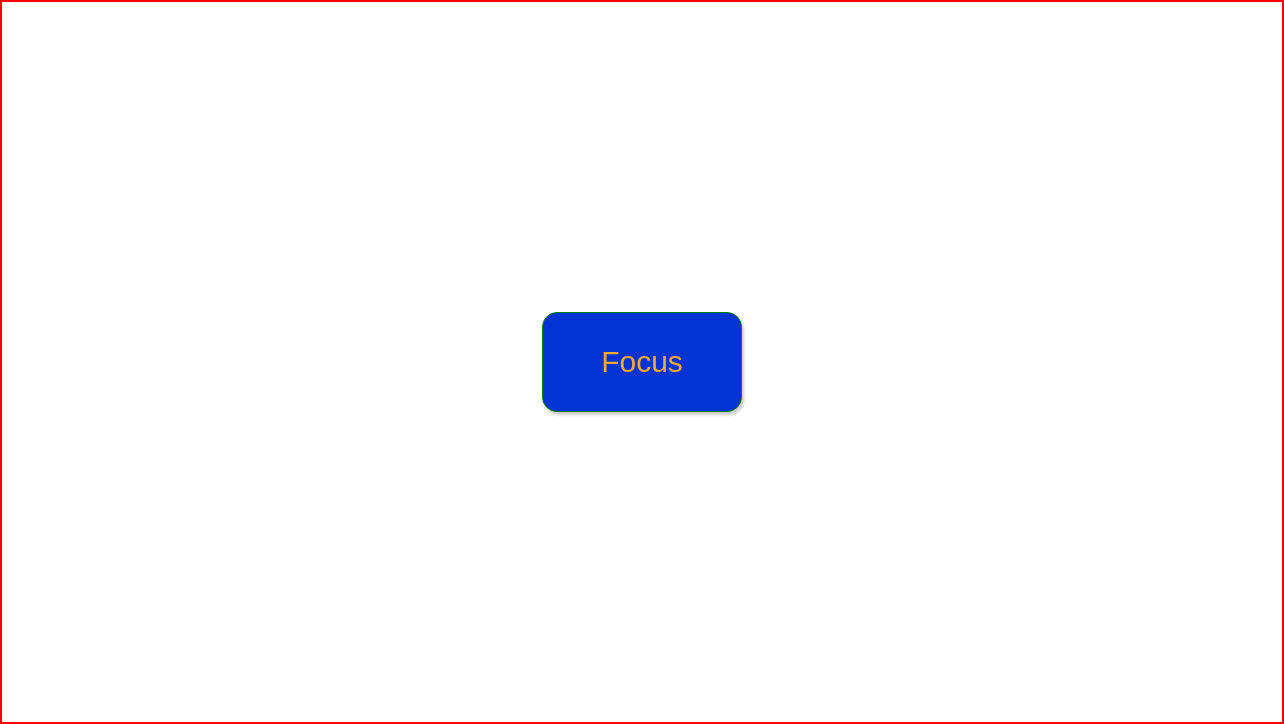
Repository: KrzysKolo/sr_tydzien4_zad5
Page: /
These files come from the project's save history. The page is drawn as it stood at one moment and after the next save; the edit follows.
The browser window is 1280 px wide. The page is 1284 px wide, so the pictures cover 1284 px, including what lies to the right of the window. The pictures show the whole page.
The project was rebuilt for these pictures with package versions that can differ from the ones it lists, and the page was loaded fresh each time.

Above is the page before, as saved 2020-12-17 14:10:00.

After the next save:
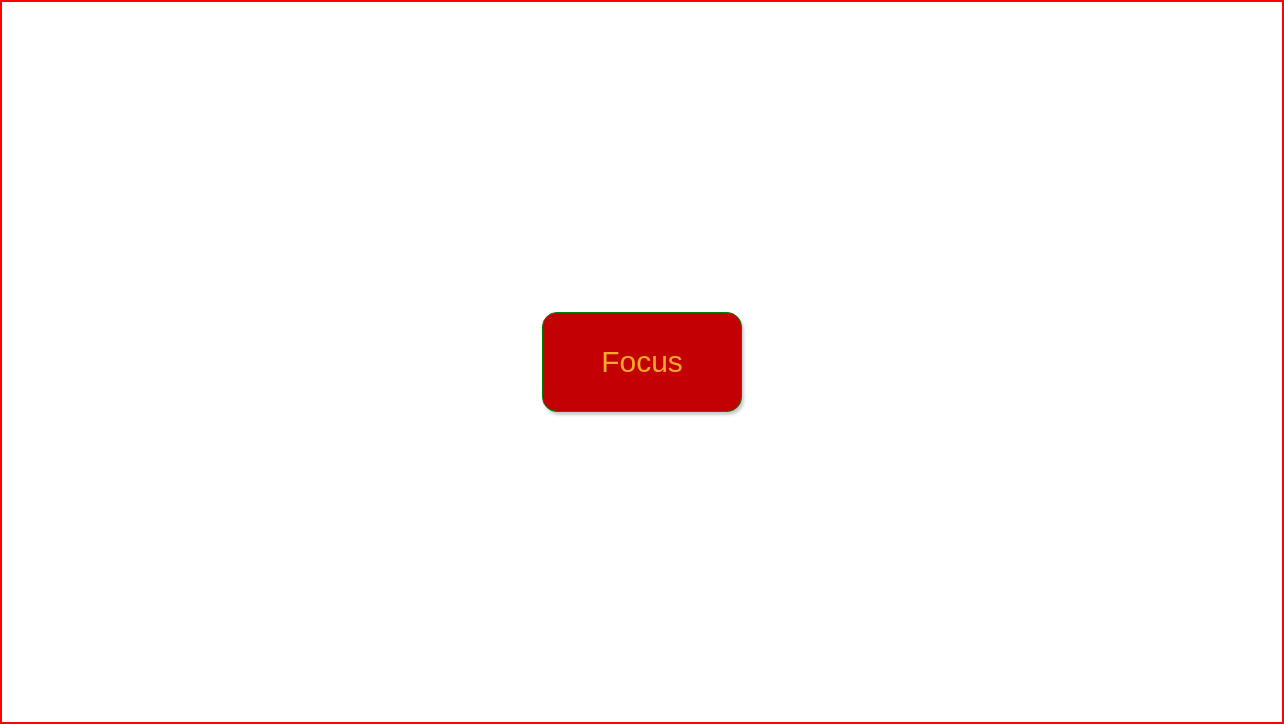
Saved 51 s later.
--- a/src/App.css
+++ b/src/App.css
@@ -8,7 +8,7 @@
   border: 2px solid red;
 }
 .btn {
-  background-color: rgb(2, 51, 213);
+  background-color: rgb(195, 1, 4);
   border: 1px solid green;
   border-radius: 15px;
   box-shadow: 2px 3px 3px #ccc;
